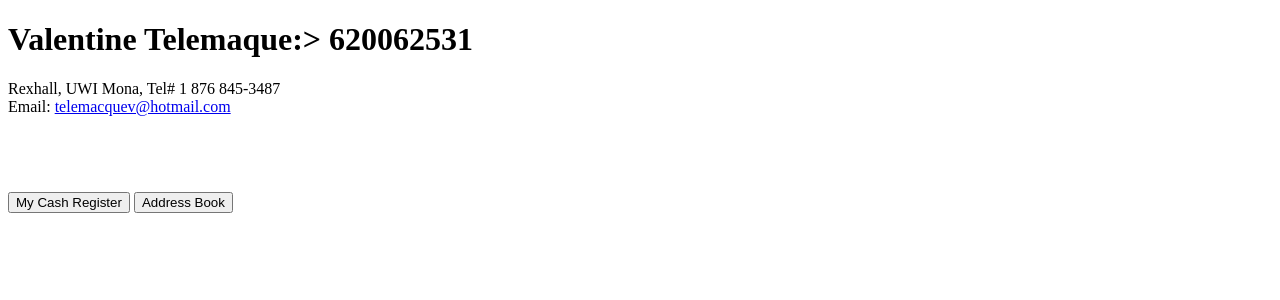
Repository: telemacquev/info2180project1
Page: index.html
The author's editor kept a record of every edit. The page is drawn from the files as they stood at one moment, then again after the next edit.
The browser window is 1280 px wide. The pictures show the whole page.

Above is the page before.

### index.html
<!DOCTYPE html>
<html>
    <head>
        <link type="text/css" rel="stylesheet" href="stylesheet.css"/>
		<title> INFO2180project1</title>

        <script type="text/javascript" src="script01.js" ></script>
        <script type="text/javascript" src="script02.js" ></script>
    </head>
    <body>
    	<div id="heading"> <h1> Valentine Telemaque:> 620062531 </h1> </div>

		<div id="contact"> <p> Rexhall, UWI Mona, Tel# 1 876 845-3487 <br>
		Email: <a href="mailto:telemacquev@hotmai.com?Subject=Interview%20shortlist" target="_top">
		telemacquev@hotmail.com</a> </p> </div>

	<br> <br> <br> <br>



        <input type="button" onclick="runMe()" value="My Cash Register">
        <input type="button" onclick="runMe2()" value="Address Book">
    </body>
</html>

### stylesheet.css

/*
div {
    align-items: flex-start;
}
*/
#heading {
    width:70%;
    height: auto;
}

#contact {
    width: 40%;
    height: 40px;
}


#button01 {
   width: 150px;
   height: 50px;
   background-color: gray;
   color:blue;
   border-radius: 95%;
   border: 2px solid black;
}

#button01:hover {
   background-color: blue;
   color: green;
}


a:hover {
     text-decoration:none;
     background-color:yellow;
     color:#302013;
     font-family: Cursive, Arial;
}

### script01.js
function StaffMember(name,discountPercent){
    this.name = name;
    this.discountPercent = discountPercent;
}

var sally = new StaffMember("Sally",5);
var bob = new StaffMember("Bob",10);

// Create yourself again as 'me' with a staff discount of 20%
var me = new StaffMember("Valentine Telemaque",20);

var cashRegister = {
    total:0,
    lastTransactionAmount: 0,
    add: function(itemCost){
        this.total += (itemCost || 0);
        this.lastTransactionAmount = itemCost;
    },
    scan: function(item,quantity){
        switch (item){
        case "eggs": this.add(0.98 * quantity); break;
        case "milk": this.add(1.23 * quantity); break;
        case "magazine": this.add(4.99 * quantity); break;
        case "chocolate": this.add(0.45 * quantity); break;
        }
        return true;
    },
    voidLastTransaction : function(){
        this.total -= this.lastTransactionAmount;
        this.lastTransactionAmount = 0;
    },
    applyStaffDiscount: function(employee)     { this.total *= ((100 - employee.discountPercent)/100);
    }
};

cashRegister.scan('eggs',1);
cashRegister.scan('milk',1);
cashRegister.scan('magazine',3);
// Apply your staff discount by passing the 'me' object
cashRegister.applyStaffDiscount(me);


function runMe() {
    alert ('Your bill is $'+cashRegister.total.toFixed(2));
}

### script02.js
var bob = {
    firstName: "Bob",
    lastName: "Jones",
    phoneNumber: "(650) 777-7777",
    email: "bob.jones@example.com"
};

var mary = {
    firstName: "Mary",
    lastName: "Johnson",
    phoneNumber: "(650) 888-8888",
    email: "mary.johnson@example.com"
};

var contacts = [bob, mary];

function printPerson(person) {
    alert(person.firstName + " " + person.lastName);
}

function list() {
	var contactsLength = contacts.length;
	for (var i = 0; i < contactsLength; i++) {
		printPerson(contacts[i]);
	}
}

function search(lname) {
	for (var i = 0; i < contacts.length; i++) {
		if (contacts[i].lastName===lname) {
		    printPerson(contacts[i]);
		}
	}
}

function add(firstName, lastName, email, phoneNumber) {
    contacts[contacts.length] = {
    firstName: firstName,
    lastName: lastName,
    phoneNumber: phoneNumber,
    email: email
    };
};


function runMe2() {
    add("Leon","Jones","leon@gmail.com","(845) 848-9585");
    list();
}

After the next edit:
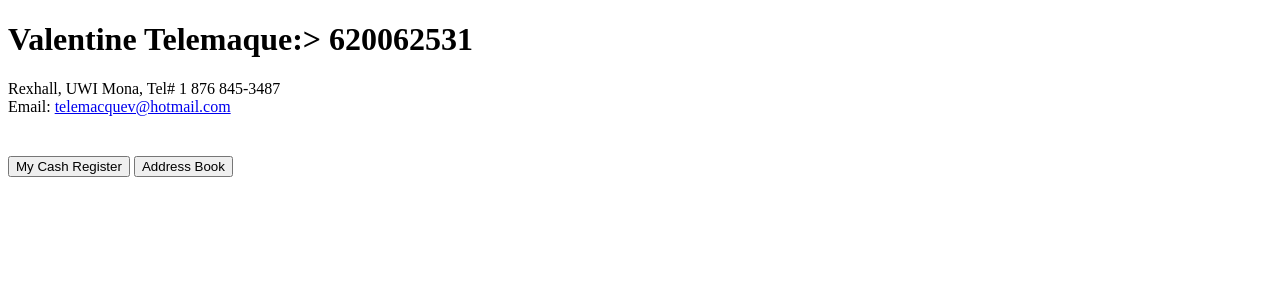
The edit:
--- a/index.html
+++ b/index.html
@@ -14,7 +14,7 @@
 		Email: <a href="mailto:telemacquev@hotmai.com?Subject=Interview%20shortlist" target="_top">
 		telemacquev@hotmail.com</a> </p> </div>
 
-	<br> <br> <br> <br>
+	<br> <br>
 
 
 
